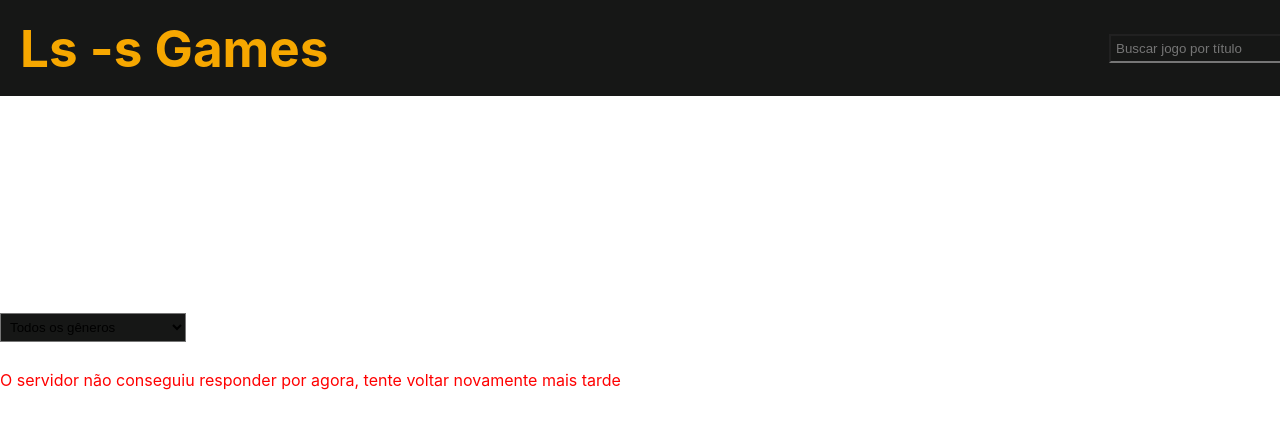
Repository: nlemuel/games-front-test
Page: /
An editor plug-in stored every save of this project. The page is shown before and after the next save, followed by the edit.
The browser window is 1280 px wide. The pictures show the whole page.
The page's requests for data from a server got no answer. The project was rebuilt for these pictures with package versions that can differ from the ones it lists, and the page was loaded fresh each time. No one was signed in, and anything a server would have sent is missing. Also part of the build but not shown: vite.config.ts.

Above is the page before, as saved 2023-06-25 16:54:42.

After the next save:
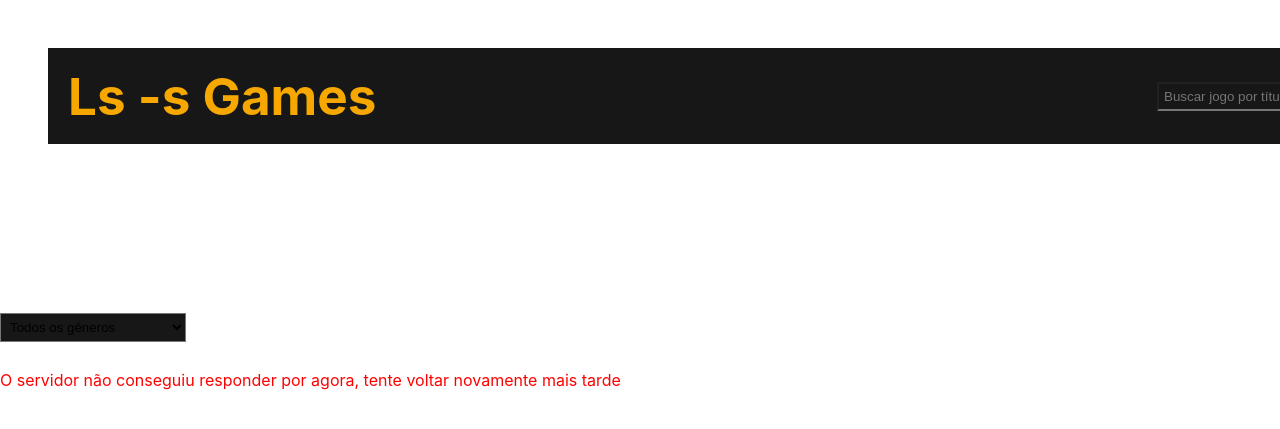
Saved 40 s later.
--- a/src/components/Header/index.tsx
+++ b/src/components/Header/index.tsx
@@ -8,6 +8,7 @@
   top: 0;
   width: 100%;
   z-index: 9999;
+  margin:3rem;
 
   display: flex;
   align-items: center;

After the save that followed:
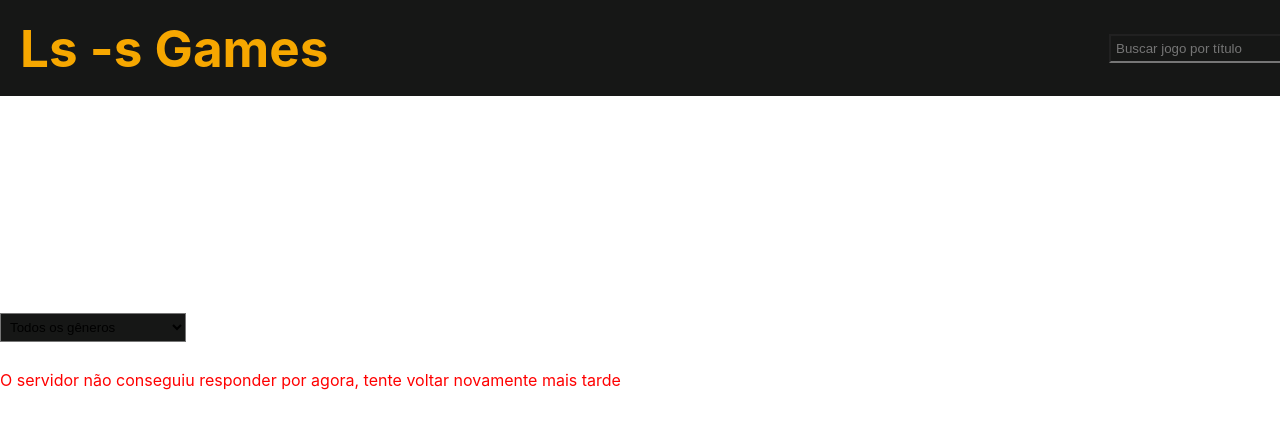
Saved 11 s later.
--- a/src/components/Header/index.tsx
+++ b/src/components/Header/index.tsx
@@ -8,7 +8,6 @@
   top: 0;
   width: 100%;
   z-index: 9999;
-  margin:3rem;
 
   display: flex;
   align-items: center;
